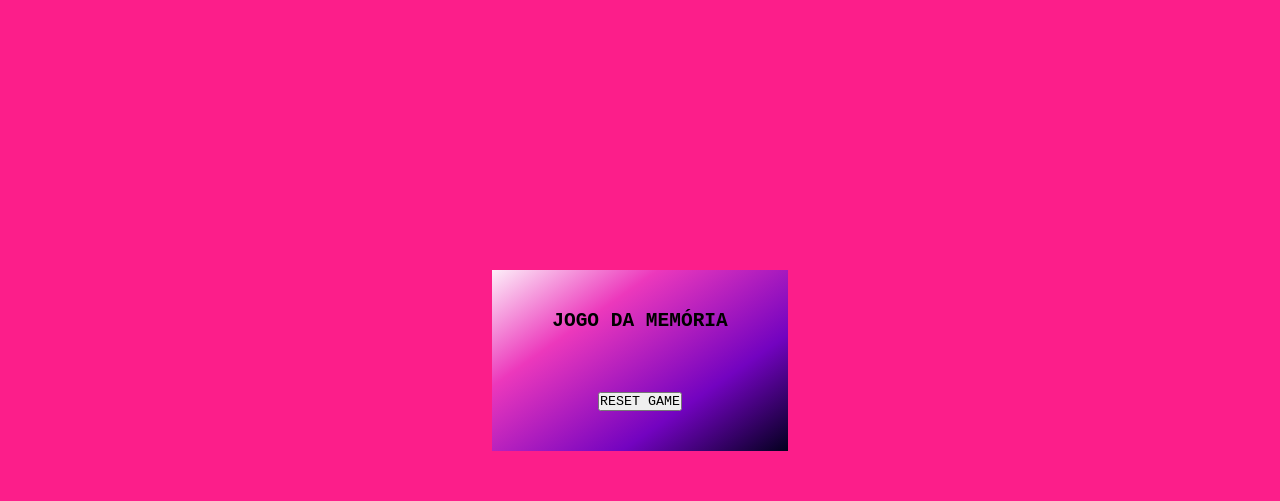
Repository: gustavotwist/memory-game
Page: index.html
These files come from the project's save history. The page is drawn as it stood at one moment and after a run of saves; the edit follows.
The browser window is 1280 px wide. The pictures show the whole page.

Above is the page before, as saved 2024-10-15 19:17:03.

After the next 6 saves:
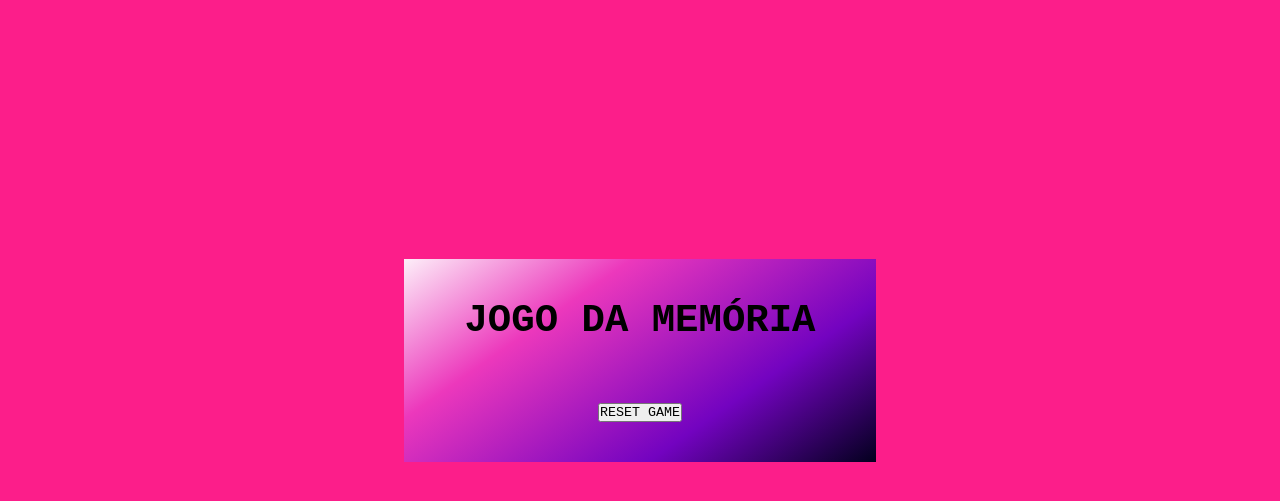
The 6 saves are shown as one change because they came seconds apart.
The last was saved 16 s later.
--- a/src/styles/main.css
+++ b/src/styles/main.css
@@ -18,5 +18,6 @@ body {
 }
 
 h2 {
-    font
+    font-size: 3em;
+    color
 }
